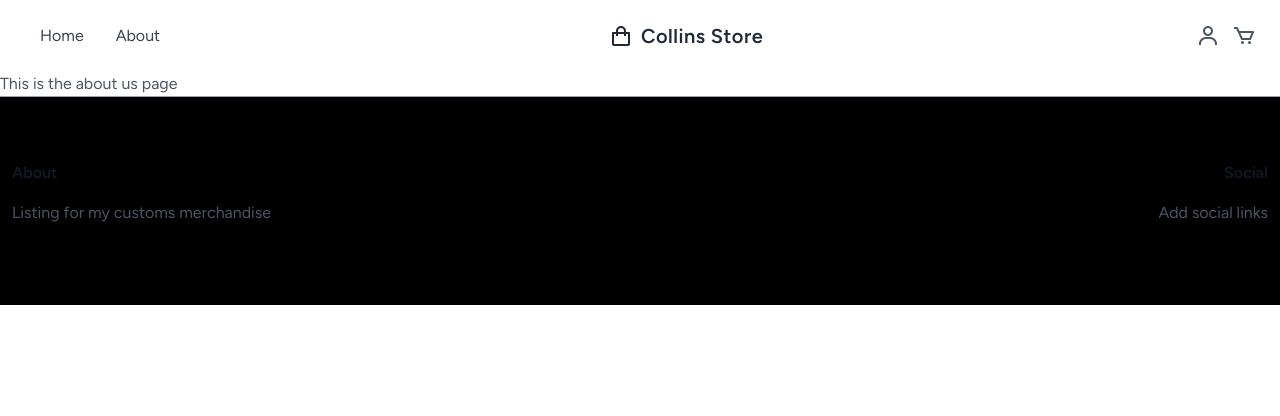
Repository: Collins145/e-commerce-website
Page: http://localhost/about
These files come from the project's save history. The page is drawn as it stood at one moment and after the next save; the edit follows.
The browser window is 1280 px wide. The pictures show the whole page.
The page is served by the project's Laravel application, run on PHP 8.4 with Laravel 10. Other server files are loaded and not shown. Style sheets and scripts are compiled from the project's sources, by tool versions that may differ from the author's.

Above is the page before, as saved 2023-06-17 13:57:10.

### routes/web.php
<?php

use App\Http\Controllers\ProfileController;
use Illuminate\Support\Facades\Route;
use App\Http\Controllers\SiteController;

/*
|--------------------------------------------------------------------------
| Web Routes
|--------------------------------------------------------------------------
|
| Here is where you can register web routes for your application. These
| routes are loaded by the RouteServiceProvider and all of them will
| be assigned to the "web" middleware group. Make something great!
|
*/

Route::get('/', [SiteController::class, 'index'])->name('home');
Route::get('about', [SiteController::class, 'about'])->name('about');
Route::get('footer', [SiteController::class, 'footer'])->name('footer');

Route::get('/dashboard', function () {
    return view('dashboard');
})->middleware(['auth', 'verified'])->name('dashboard');

Route::middleware('auth')->group(function () {
    Route::get('/profile', [ProfileController::class, 'edit'])->name('profile.edit');
    Route::patch('/profile', [ProfileController::class, 'update'])->name('profile.update');
    Route::delete('/profile', [ProfileController::class, 'destroy'])->name('profile.destroy');
});

require __DIR__.'/auth.php';

### app/Http/Controllers/SiteController.php
<?php

namespace App\Http\Controllers;

use Illuminate\Http\Request;

class SiteController extends Controller
{
    public function index() {
        return view('site.home');
    }

    public function about() {
        return view('site.about');
    }
    public function footer() {
        return view('site.footer');
    }
}

### resources/views/site/about.blade.php
@extends('layouts.site')
@section('content')
This is the about us page
@endsection

### resources/views/layouts/site.blade.php
<!DOCTYPE html>
<html lang="{{ str_replace('_', '-', app()->getLocale()) }}">
    <head>
        <meta charset="utf-8">
        <meta name="viewport" content="width=device-width, initial-scale=1">
        <meta name="csrf-token" content="{{ csrf_token() }}">

        <title>{{ config('app.name', 'Laravel') }}</title>

        <!-- Fonts -->
        <link rel="preconnect" href="https://fonts.bunny.net">
        <link href="https://fonts.bunny.net/css?family=figtree:400,500,600&display=swap" rel="stylesheet" />

        <!-- Scripts -->
        @vite(['resources/css/app.css', 'resources/js/app.js'])
    </head>
    <body class="bg-white text-gray-600 font-sans leading-normal text-base tracking-normal">
        <x-site.header/>
        @yield('content')
        <x-site.footer/>
    </body>
</html>

### resources/views/components/site/header.blade.php
    <nav id="header" class="w-full z-30 top-0 py-1">
        <div class="w-full container mx-auto flex flex-wrap items-center justify-between mt-0 px-6 py-3">

            <label for="menu-toggle" class="cursor-pointer md:hidden block">
                <svg class="fill-current text-gray-900" xmlns="http://www.w3.org/2000/svg" width="20" height="20" viewBox="0 0 20 20">
                    <title>menu</title>
                    <path d="M0 3h20v2H0V3zm0 6h20v2H0V9zm0 6h20v2H0v-2z"></path>
                </svg>
            </label>
            <input class="hidden" type="checkbox" id="menu-toggle" />

            <div class="hidden md:flex md:items-center md:w-auto w-full order-3 md:order-1" id="menu">
                <nav>
                    <ul class="md:flex items-center justify-between text-base text-gray-700 pt-4 md:pt-0">
                        <li><a class="inline-block no-underline hover:text-black hover:underline py-2 px-4" href="{{route('home')}}">Home</a></li>
                        <li><a class="inline-block no-underline hover:text-black hover:underline py-2 px-4" href="{{route('about')}}">About</a></li>
                    </ul>
                </nav>
            </div>

            <div class="order-1 md:order-2">
                <a class="flex items-center tracking-wide no-underline hover:no-underline font-bold text-gray-800 text-xl " href="{{route('home')}}">
                    <svg class="fill-current text-gray-800 mr-2" xmlns="http://www.w3.org/2000/svg" width="24" height="24" viewBox="0 0 24 24">
                        <path d="M5,22h14c1.103,0,2-0.897,2-2V9c0-0.553-0.447-1-1-1h-3V7c0-2.757-2.243-5-5-5S7,4.243,7,7v1H4C3.447,8,3,8.447,3,9v11 C3,21.103,3.897,22,5,22z M9,7c0-1.654,1.346-3,3-3s3,1.346,3,3v1H9V7z M5,10h2v2h2v-2h6v2h2v-2h2l0.002,10H5V10z" />
                    </svg>
                    Collins Store
                </a>
            </div>

            <div class="order-2 md:order-3 flex items-center" id="nav-content">

                <a class="inline-block no-underline hover:text-black" href="#">
                    <svg class="fill-current hover:text-black" xmlns="http://www.w3.org/2000/svg" width="24" height="24" viewBox="0 0 24 24">
                        <circle fill="none" cx="12" cy="7" r="3" />
                        <path d="M12 2C9.243 2 7 4.243 7 7s2.243 5 5 5 5-2.243 5-5S14.757 2 12 2zM12 10c-1.654 0-3-1.346-3-3s1.346-3 3-3 3 1.346 3 3S13.654 10 12 10zM21 21v-1c0-3.859-3.141-7-7-7h-4c-3.86 0-7 3.141-7 7v1h2v-1c0-2.757 2.243-5 5-5h4c2.757 0 5 2.243 5 5v1H21z" />
                    </svg>
                </a>

                <a class="pl-3 inline-block no-underline hover:text-black" href="#">
                    <svg class="fill-current hover:text-black" xmlns="http://www.w3.org/2000/svg" width="24" height="24" viewBox="0 0 24 24">
                        <path d="M21,7H7.462L5.91,3.586C5.748,3.229,5.392,3,5,3H2v2h2.356L9.09,15.414C9.252,15.771,9.608,16,10,16h8 c0.4,0,0.762-0.238,0.919-0.606l3-7c0.133-0.309,0.101-0.663-0.084-0.944C21.649,7.169,21.336,7,21,7z M17.341,14h-6.697L8.371,9 h11.112L17.341,14z" />
                        <circle cx="10.5" cy="18.5" r="1.5" />
                        <circle cx="17.5" cy="18.5" r="1.5" />
                    </svg>
                </a>

            </div>
        </div>
    </nav>

### resources/views/components/site/footer.blade.php
    <footer class="container mx-auto bg-black py-8 border-t border-gray-400">
        <div class="container flex px-3 py-8 ">
            <div class="w-full mx-auto flex flex-wrap">
                <div class="flex w-full lg:w-1/2 ">
                    <div class="px-3 md:px-0">
                        <h3 class="font-bold text-gray-900">About</h3>
                        <p class="py-4">
                            Listing for my customs merchandise
                        </p>
                    </div>
                </div>
                <div class="flex w-full lg:w-1/2 lg:justify-end lg:text-right">
                    <div class="px-3 md:px-0">
                        <h3 class="font-bold text-gray-900">Social</h3>
                        <ul class="list-reset items-center pt-3">
                            <li>
                                <a class="inline-block no-underline hover:text-black hover:underline py-1" href="#">Add social links</a>
                            </li>
                        </ul>
                    </div>
                </div>
            </div>
        </div>
    </footer>

Loaded but not shown: routes/auth.php (common file); app/Http/Controllers/Auth/EmailVerificationPromptController.php (common file); app/Http/Controllers/Controller.php (common file); app/Http/Controllers/Auth/VerifyEmailController.php (common file); resources/css/app.css (common file); tailwind.config.js (common file); resources/js/app.js (common file); resources/js/bootstrap.js (common file)

After the next save:
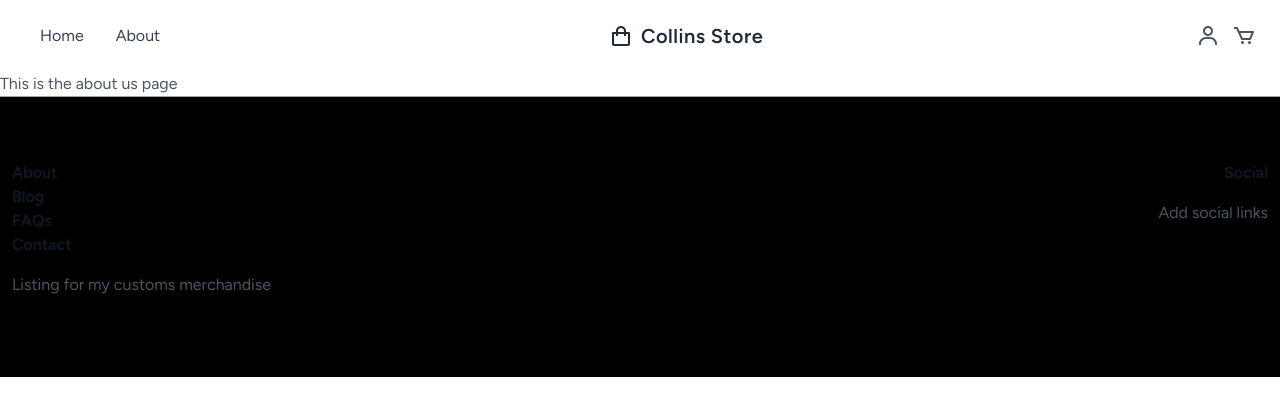
Saved 4 min 20 s later.
--- a/resources/views/components/site/footer.blade.php
+++ b/resources/views/components/site/footer.blade.php
@@ -4,6 +4,9 @@
                 <div class="flex w-full lg:w-1/2 ">
                     <div class="px-3 md:px-0">
                         <h3 class="font-bold text-gray-900">About</h3>
+                        <h3 class="font-bold text-gray-900">Blog</h3>
+                        <h3 class="font-bold text-gray-900">FAQs</h3>
+                        <h3 class="font-bold text-gray-900">Contact</h3>
                         <p class="py-4">
                             Listing for my customs merchandise
                         </p>
